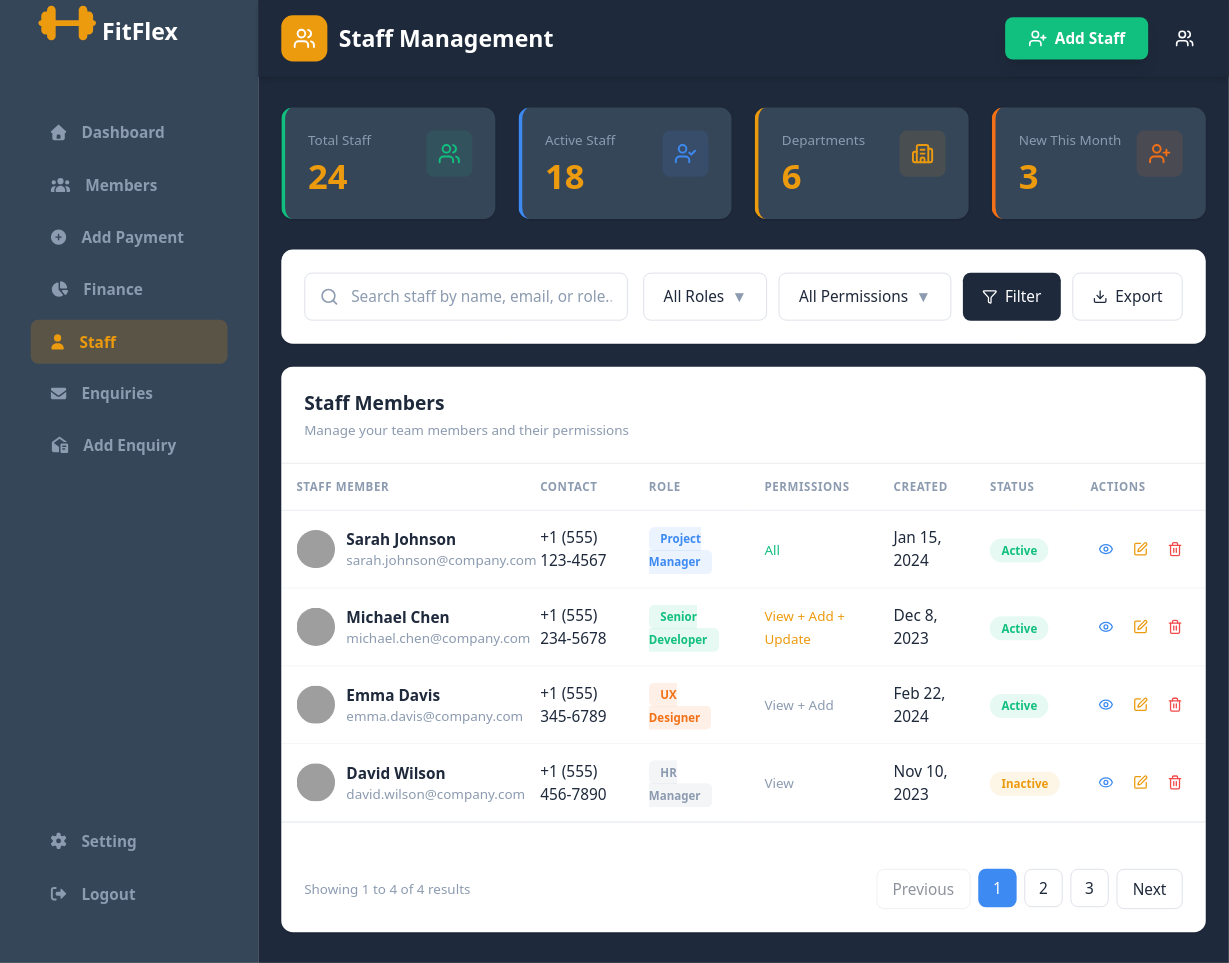
Repository: MuhammadTalhaTaj/gym_management_app_backend
Page: /staff (app in frontend/)
An editor plug-in stored every save of this project. The page is shown before and after the next save, followed by the edit.
The browser window is 1280 px wide. The pictures show the whole page, at 96% of full size.
Pictures or frames that could not be fetched are drawn as grey boxes. The project was rebuilt for these pictures with package versions that can differ from the ones it lists, and the page was loaded fresh each time. Also part of the build but not shown: frontend/vite.config.ts, frontend/src/assets/styles/AdminHeader.css, frontend/src/Components/AdminHeader.tsx, frontend/src/assets/styles/AdminDashboard.css, frontend/src/hooks/useDashboardData.ts, frontend/src/assets/styles/AdminDashboardStats.css, frontend/src/Components/AdminDashboardStats.tsx, frontend/src/Components/IncomeExpenseChart.tsx and 30 more.

Above is the page before, as saved 2025-11-21 09:57:54.

### frontend/index.html
<!doctype html>
<html lang="en">

<head>
  <meta charset="UTF-8" />
  <link rel="icon" type="image/svg+xml" href="/vite.svg" />
  <meta name="viewport" content="width=device-width, initial-scale=1.0" />
  <title>GymManagement</title>
  <link rel="preconnect" href="https://fonts.googleapis.com" />
  <link rel="preconnect" href="https://fonts.gstatic.com" crossorigin />
  <link rel="stylesheet" href="https://fonts.googleapis.com/css2?family=Roboto:wght@300;400;500;700&display=swap" />

</head>

<body>
  <div id="root"></div>
  <script type="module" src="/src/main.tsx"></script>
</body>

</html>

### frontend/src/index.css
@import "tailwindcss";
:root{
  padding: 0;
  margin: 0;
  box-sizing: border-box;
  --primary-100:#364659;
  --primary-200:#1E293B;
  --primary-300:#8C9BB0;
  --secondary-100: #EC9A0E;
  --secondary-200:#595446;
  --tertiary-100: #F24949;
  --tertiary-100-30: #584252;
  --tertiary-200: #F47117;
  --tertiary-200-30: #5A4B48;
  --tertiary-300: #11BF7F;
  --tertiary-300-30: #2B595E;
  --tertiary-400: #3D8BF2;
  --tertiary-400-30: #344E75;
  --tertiary-500: #94A3B8;
  --tertiary-600: #1E293B;
}
body{
  padding: 0;
  margin: 0;
}
.adminMain{
  display: flex;
  margin: 0;
  justify-content: space-between;
  padding: 0;
  /* border: 2px solid blue; */
}
@media all and (max-width:700px) {
  .adminMain{
    flex-direction: column;
  }
}

### frontend/src/Components/ProtectedRoute.tsx
import React, { useEffect, useState } from "react";
// import { Navigate } from "react-router-dom";
import { apiRequest } from "../config/api";

type Props = {
  children: React.ReactNode;
};

const getStoredToken = (): string | null => {
  return localStorage.getItem("accessToken") || sessionStorage.getItem("accessToken");
};

export default function ProtectedRoute({ children }: Props) {
  const [status, setStatus] = useState<"pending" | "ok" | "unauth">("pending");

  useEffect(() => {
    let mounted = true;

    const token = getStoredToken();
    if (!token) {
      // no token -> immediately unauth
      if (mounted) setStatus("unauth");
      return;
    }

    const validate = async () => {
      try {
        // call backend authenticate endpoint
        const res = await apiRequest<{ success?: boolean; message?: string; userId?: string }>({
          method: "GET",
          endpoint: "/auth/authenticate"
        });

        // backend returns success:true on valid token
        if (mounted && res && (res as any).success === true) {
          setStatus("ok");
        } else {
          // treat missing success flag as unauth
          if (mounted) setStatus("unauth");
        }
      } catch (err) {
        // any error -> unauth
        if (mounted) setStatus("unauth");
      }
    };

    validate();

    return () => { mounted = false; };
  }, []);

  if (status === "pending") {
    // while checking, render nothing (keep UI/layout unchanged)
    return null;
  }

  if (status === "unauth") {
    // clear tokens to ensure clean state, then redirect
    try {
      localStorage.removeItem("accessToken");
      sessionStorage.removeItem("accessToken");
    } catch (e) {
      // ignore
    }
    // return <Navigate to="/login" replace />;
  }

  // auth ok
  return <>{children}</>;
}

### frontend/src/context/AuthContext.tsx
// src/context/AuthContext.tsx (example)
import React, { createContext, useEffect } from "react";
import { onAuthFailure,
  // setAccessToken as storeAccessToken,
   clearTokens } from "../config/auth";
import { useNavigate } from "react-router-dom";

export const AuthContext = createContext<any>(null);

export const AuthProvider: React.FC<{children:any}> = ({ children }) => {
  const navigate = useNavigate();

  useEffect(() => {
    onAuthFailure(() => {
      // clear local tokens and redirect to login
      clearTokens();
      navigate("/login");
    });
  }, [navigate]);

  return <AuthContext.Provider value={{}}>{children}</AuthContext.Provider>;
};

### frontend/src/pages/Admin/Staff.tsx
import React, { useState } from 'react';
import { Search, Download, Filter, Eye, Edit, Trash2, UserPlus, Users, UserCheck, Building2 } from 'lucide-react';

// Mock data file simulation
const staffData = [
  {
    id: 1,
    name: 'Sarah Johnson',
    email: 'sarah.johnson@company.com',
    phone: '+1 (555) 123-4567',
    role: 'Project Manager',
    permissions: 'All',
    created: 'Jan 15, 2024',
    status: 'Active',
    avatar: 'https://i.pravatar.cc/150?img=1'
  },
  {
    id: 2,
    name: 'Michael Chen',
    email: 'michael.chen@company.com',
    phone: '+1 (555) 234-5678',
    role: 'Senior Developer',
    permissions: 'View + Add + Update',
    created: 'Dec 8, 2023',
    status: 'Active',
    avatar: 'https://i.pravatar.cc/150?img=2'
  },
  {
    id: 3,
    name: 'Emma Davis',
    email: 'emma.davis@company.com',
    phone: '+1 (555) 345-6789',
    role: 'UX Designer',
    permissions: 'View + Add',
    created: 'Feb 22, 2024',
    status: 'Active',
    avatar: 'https://i.pravatar.cc/150?img=3'
  },
  {
    id: 4,
    name: 'David Wilson',
    email: 'david.wilson@company.com',
    phone: '+1 (555) 456-7890',
    role: 'HR Manager',
    permissions: 'View',
    created: 'Nov 10, 2023',
    status: 'Inactive',
    avatar: 'https://i.pravatar.cc/150?img=4'
  }
];

const statsData = [
  { label: 'Total Staff', value: 24, icon: Users, color: 'bg-[#11BF7F]/10', iconColor: 'text-[#11BF7F]', borderColor: 'border-l-[#11BF7F]' },
  { label: 'Active Staff', value: 18, icon: UserCheck, color: 'bg-[#3D8BF2]/10', iconColor: 'text-[#3D8BF2]', borderColor: 'border-l-[#3D8BF2]' },
  { label: 'Departments', value: 6, icon: Building2, color: 'bg-[#EC9A0E]/10', iconColor: 'text-[#EC9A0E]', borderColor: 'border-l-[#EC9A0E]' },
  { label: 'New This Month', value: 3, icon: UserPlus, color: 'bg-[#F27117]/10', iconColor: 'text-[#F27117]', borderColor: 'border-l-[#F27117]' }
];

// Components
const StatCard = ({ stat }) => {
  const Icon = stat.icon;
  return (
    <div className={`bg-[var(--primary-100)] rounded-xl p-6 border-l-4 ${stat.borderColor} shadow-sm hover:shadow-md transition-shadow`}>
      <div className="flex items-start justify-between">
        <div>
          <p className="text-[#8C9BB0] text-sm font-medium mb-2">{stat.label}</p>
          <h3 className="text-[var(--secondary-100)] text-4xl font-bold">{stat.value}</h3>
        </div>
        <div className={`${stat.color} ${stat.iconColor} p-3 rounded-lg`}>
          <Icon className="w-6 h-6" />
        </div>
      </div>
    </div>
  );
};

const SearchBar = ({ value, onChange }) => (
  <div className="relative flex-1 max-w-md">
    <Search className="absolute left-4 top-1/2 -translate-y-1/2 w-5 h-5 text-[#8C9BB0]" />
    <input
      type="text"
      value={value}
      onChange={(e) => onChange(e.target.value)}
      placeholder="Search staff by name, email, or role..."
      className="w-full pl-12 pr-4 py-3 rounded-lg border border-[#8C9BB0]/30 focus:outline-none focus:ring-2 focus:ring-[#3D8BF2] focus:border-transparent text-[#1E293B] placeholder:text-[#8C9BB0]"
    />
  </div>
);

const FilterButton = ({ children, onClick }) => (
  <button
    onClick={onClick}
    className="px-5 py-3 rounded-lg border border-[#8C9BB0]/30 text-[#1E293B] font-medium hover:bg-[#F8FAFC] transition-colors flex items-center gap-2"
  >
    {children}
  </button>
);

const ActionButton = ({ icon: Icon, onClick, variant = 'default' }) => {
  const colors = {
    view: 'text-[#3D8BF2] hover:bg-[#3D8BF2]/10',
    edit: 'text-[#EC9A0E] hover:bg-[#EC9A0E]/10',
    delete: 'text-[#F24949] hover:bg-[#F24949]/10'
  };

  return (
    <button
      onClick={onClick}
      className={`p-2 rounded-lg transition-colors ${colors[variant]}`}
    >
      <Icon className="w-4 h-4" />
    </button>
  );
};

const StatusBadge = ({ status }) => {
  const isActive = status === 'Active';
  return (
    <span className={`px-3 py-1 rounded-full text-xs font-semibold ${
      isActive
        ? 'bg-[#11BF7F]/10 text-[#11BF7F]'
        : 'bg-[#EC9A0E]/10 text-[#EC9A0E]'
    }`}>
      {status}
    </span>
  );
};

const RoleBadge = ({ role }) => {
  const colors = {
    'Project Manager': 'bg-[#3D8BF2]/10 text-[#3D8BF2]',
    'Senior Developer': 'bg-[#11BF7F]/10 text-[#11BF7F]',
    'UX Designer': 'bg-[#F27117]/10 text-[#F27117]',
    'HR Manager': 'bg-[#8C9BB0]/10 text-[#8C9BB0]'
  };

  return (
    <span className={`px-3 py-1 rounded-md text-xs font-semibold ${colors[role] || 'bg-gray-100 text-gray-700'}`}>
      {role}
    </span>
  );
};

const PermissionBadge = ({ permissions }) => {
  const getColor = () => {
    if (permissions === 'All') return 'text-[#11BF7F]';
    if (permissions.includes('Update')) return 'text-[#EC9A0E]';
    if (permissions.includes('Add')) return 'text-[#8C9BB0]';
    return 'text-[#8C9BB0]';
  };

  return (
    <span className={`text-sm font-medium ${getColor()}`}>
      {permissions}
    </span>
  );
};

const StaffTable = ({ data, onView, onEdit, onDelete }) => (
  <div className="overflow-x-auto">
    <table className="w-full">
      <thead>
        <tr className="border-b border-[#8C9BB0]/20">
          <th className="text-left py-4 px-4 text-xs font-semibold text-[#8C9BB0] uppercase tracking-wider">Staff Member</th>
          <th className="text-left py-4 px-4 text-xs font-semibold text-[#8C9BB0] uppercase tracking-wider">Contact</th>
          <th className="text-left py-4 px-4 text-xs font-semibold text-[#8C9BB0] uppercase tracking-wider">Role</th>
          <th className="text-left py-4 px-4 text-xs font-semibold text-[#8C9BB0] uppercase tracking-wider">Permissions</th>
          <th className="text-left py-4 px-4 text-xs font-semibold text-[#8C9BB0] uppercase tracking-wider">Created</th>
          <th className="text-left py-4 px-4 text-xs font-semibold text-[#8C9BB0] uppercase tracking-wider">Status</th>
          <th className="text-left py-4 px-4 text-xs font-semibold text-[#8C9BB0] uppercase tracking-wider">Actions</th>
        </tr>
      </thead>
      <tbody>
        {data.map((staff) => (
          <tr key={staff.id} className="border-b border-[#8C9BB0]/10 hover:bg-[#F8FAFC] transition-colors">
            <td className="py-4 px-4">
              <div className="flex items-center gap-3">
                <img src={staff.avatar} alt={staff.name} className="w-10 h-10 rounded-full object-cover" />
                <div>
                  <p className="font-semibold text-[#1E293B]">{staff.name}</p>
                  <p className="text-sm text-[#8C9BB0]">{staff.email}</p>
                </div>
              </div>
            </td>
            <td className="py-4 px-4 text-[#1E293B]">{staff.phone}</td>
            <td className="py-4 px-4">
              <RoleBadge role={staff.role} />
            </td>
            <td className="py-4 px-4">
              <PermissionBadge permissions={staff.permissions} />
            </td>
            <td className="py-4 px-4 text-[#1E293B]">{staff.created}</td>
            <td className="py-4 px-4">
              <StatusBadge status={staff.status} />
            </td>
            <td className="py-4 px-4">
              <div className="flex items-center gap-1">
                <ActionButton icon={Eye} onClick={() => onView(staff.id)} variant="view" />
                <ActionButton icon={Edit} onClick={() => onEdit(staff.id)} variant="edit" />
                <ActionButton icon={Trash2} onClick={() => onDelete(staff.id)} variant="delete" />
              </div>
            </td>
          </tr>
        ))}
      </tbody>
    </table>
  </div>
);

const Pagination = ({ currentPage, totalPages, onPageChange }) => (
  <div className="flex items-center justify-between mt-6">
    <p className="text-sm text-[#8C9BB0]">
      Showing 1 to 4 of {staffData.length} results
    </p>
    <div className="flex gap-2">
      <button
        onClick={() => onPageChange(currentPage - 1)}
        disabled={currentPage === 1}
        className="px-4 py-2 rounded-lg border border-[#8C9BB0]/30 text-[#1E293B] font-medium hover:bg-[#F8FAFC] disabled:opacity-50 disabled:cursor-not-allowed transition-colors"
      >
        Previous
      </button>
      {[...Array(totalPages)].map((_, i) => (
        <button
          key={i + 1}
          onClick={() => onPageChange(i + 1)}
          className={`w-10 h-10 rounded-lg font-medium transition-colors ${
            currentPage === i + 1
              ? 'bg-[#3D8BF2] text-white'
              : 'border border-[#8C9BB0]/30 text-[#1E293B] hover:bg-[#F8FAFC]'
          }`}
        >
          {i + 1}
        </button>
      ))}
      <button
        onClick={() => onPageChange(currentPage + 1)}
        disabled={currentPage === totalPages}
        className="px-4 py-2 rounded-lg border border-[#8C9BB0]/30 text-[#1E293B] font-medium hover:bg-[#F8FAFC] disabled:opacity-50 disabled:cursor-not-allowed transition-colors"
      >
        Next
      </button>
    </div>
  </div>
);

// Main Component
const Staff = () => {
  const [searchTerm, setSearchTerm] = useState('');
  const [currentPage, setCurrentPage] = useState(1);
  const [selectedRole, setSelectedRole] = useState('All Roles');
  const [selectedPermission, setSelectedPermission] = useState('All Permissions');

  const filteredData = staffData.filter(staff =>
    staff.name.toLowerCase().includes(searchTerm.toLowerCase()) ||
    staff.email.toLowerCase().includes(searchTerm.toLowerCase()) ||
    staff.role.toLowerCase().includes(searchTerm.toLowerCase())
  );

  const handleView = (id) => console.log('View staff:', id);
  const handleEdit = (id) => console.log('Edit staff:', id);
  const handleDelete = (id) => console.log('Delete staff:', id);

  return (
    <div className="min-h-screen bg-[var(--primary-200)]">
      {/* Header */}
      <header className="bg-[var(--primary-200)] shadow-md">
        <div className="max-w-[1600px] mx-auto px-6 py-4 flex items-center justify-between">
          <div className="flex items-center gap-3">
            <div className="bg-[var(--secondary-100)] p-3 rounded-xl">
              <Users className="w-6 h-6 text-white" />
            </div>
            <h1 className="text-white text-2xl font-bold">Staff Management</h1>
          </div>
          <div className="flex items-center gap-4">
            <button className="bg-[#11BF7F] hover:bg-[#11BF7F]/90 text-white px-6 py-2.5 rounded-lg font-semibold flex items-center gap-2 transition-colors shadow-lg">
              <UserPlus className="w-5 h-5" />
              Add Staff
            </button>
            <button className="bg-[#1E293B] hover:bg-[#1E293B]/90 text-white w-11 h-11 rounded-lg flex items-center justify-center transition-colors">
              <Users className="w-5 h-5" />
            </button>
          </div>
        </div>
      </header>

      {/* Main Content */}
      <main className="max-w-[1600px] mx-auto px-6 py-8">
        {/* Stats Grid */}
        <div className="grid grid-cols-1 md:grid-cols-2 lg:grid-cols-4 gap-6 mb-8">
          {statsData.map((stat, index) => (
            <StatCard key={index} stat={stat} />
          ))}
        </div>

        {/* Filters Section */}
        <div className="bg-white rounded-xl shadow-sm p-6 mb-6">
          <div className="flex flex-col lg:flex-row gap-4 items-start lg:items-center">
            <SearchBar value={searchTerm} onChange={setSearchTerm} />
            <div className="flex flex-wrap gap-3">
              <FilterButton>
                {selectedRole}
                <span className="text-[#8C9BB0]">▼</span>
              </FilterButton>
              <FilterButton>
                {selectedPermission}
                <span className="text-[#8C9BB0]">▼</span>
              </FilterButton>
              <button className="px-5 py-3 rounded-lg bg-[#1E293B] text-white font-medium hover:bg-[#1E293B]/90 transition-colors flex items-center gap-2">
                <Filter className="w-4 h-4" />
                Filter
              </button>
              <button className="px-5 py-3 rounded-lg border border-[#8C9BB0]/30 text-[#1E293B] font-medium hover:bg-[#F8FAFC] transition-colors flex items-center gap-2">
                <Download className="w-4 h-4" />
                Export
              </button>
            </div>
          </div>
        </div>

        {/* Staff Table */}
        <div className="bg-white rounded-xl shadow-sm overflow-hidden">
          <div className="p-6 border-b border-[#8C9BB0]/20">
            <h2 className="text-xl font-bold text-[#1E293B]">Staff Members</h2>
            <p className="text-[#8C9BB0] text-sm mt-1">Manage your team members and their permissions</p>
          </div>

          <StaffTable
            data={filteredData}
            onView={handleView}
            onEdit={handleEdit}
            onDelete={handleDelete}
          />

          <div className="p-6 border-t border-[#8C9BB0]/20">
            <Pagination
              currentPage={currentPage}
              totalPages={3}
              onPageChange={setCurrentPage}
            />
          </div>
        </div>
      </main>
    </div>
  );
};

export default Staff;

### frontend/src/config/auth.ts
// src/config/auth.ts
const ACCESS_TOKEN_KEY = "accessToken";

/**
 * Read access token (prefers localStorage, fallbacks to sessionStorage)
 */
export function readAccessToken(): string | null {
  return localStorage.getItem(ACCESS_TOKEN_KEY) || sessionStorage.getItem(ACCESS_TOKEN_KEY);
}

/**
 * Store access token.
 * If `persist` true -> save to localStorage, otherwise sessionStorage.
 */
export function setAccessToken(token: string | null, persist = true) {
  if (!token) {
    localStorage.removeItem(ACCESS_TOKEN_KEY);
    sessionStorage.removeItem(ACCESS_TOKEN_KEY);
    return;
  }
  if (persist) {
    localStorage.setItem(ACCESS_TOKEN_KEY, token);
    sessionStorage.removeItem(ACCESS_TOKEN_KEY);
  } else {
    sessionStorage.setItem(ACCESS_TOKEN_KEY, token);
    localStorage.removeItem(ACCESS_TOKEN_KEY);
  }
}

/**
 * Clear tokens
 */
export function clearTokens() {
  localStorage.removeItem(ACCESS_TOKEN_KEY);
  sessionStorage.removeItem(ACCESS_TOKEN_KEY);
}

/**
 * Call refresh endpoint to obtain a fresh access token.
 * Note: This request includes credentials because your backend may store refresh token in an httpOnly cookie.
 */
let AUTH_BASE_URL = (import.meta.env.VITE_API_URL || "http://localhost:4000").replace(/\/$/, "");

export async function refreshAccessToken(): Promise<string> {
  const url = `${AUTH_BASE_URL}/auth/refreshToken`;

  const res = await fetch(url, {
    method: "POST",
    // include cookies to allow the server to find httpOnly refresh cookie
    credentials: "include",
    headers: {
      "Content-Type": "application/json"
    },
    // no body needed because your server reads cookie/header
  });

  // If server returns non-JSON or non-ok, try to parse but handle gracefully
  let data: any = {};
  try {
    data = await res.json();
  } catch (e) {
    // ignore parse error
  }

  if (!res.ok) {
    // throw useful error with body message if present
    const message = data?.message || `Failed to refresh access token (status ${res.status})`;
    throw new Error(message);
  }

  if (!data?.accessToken) {
    throw new Error("Refresh succeeded but no accessToken returned");
  }

  // store returned token (persist behavior up to you; default persist)
  setAccessToken(data.accessToken, true);
  return data.accessToken;
}

/**
 * App-level callback when refresh fails (e.g., redirect to /login)
 */
let authFailureHandler: (() => void) | null = null;
export function onAuthFailure(handler: () => void) {
  authFailureHandler = handler;
}
export function callAuthFailureHandler() {
  if (typeof authFailureHandler === "function") authFailureHandler();
}

Loaded but not shown: frontend/src/main.tsx (common file); frontend/src/Components/AdminSidebar.tsx (181 lines, source omitted); frontend/src/config/api.ts (123 lines, source omitted); frontend/src/App.tsx (71 lines, source omitted); frontend/src/assets/styles/AdminSidebar.css (138 lines, source omitted); frontend/src/pages/Admin/AddStaff.tsx (no stored copy; drawn as an empty file)

After the next save:
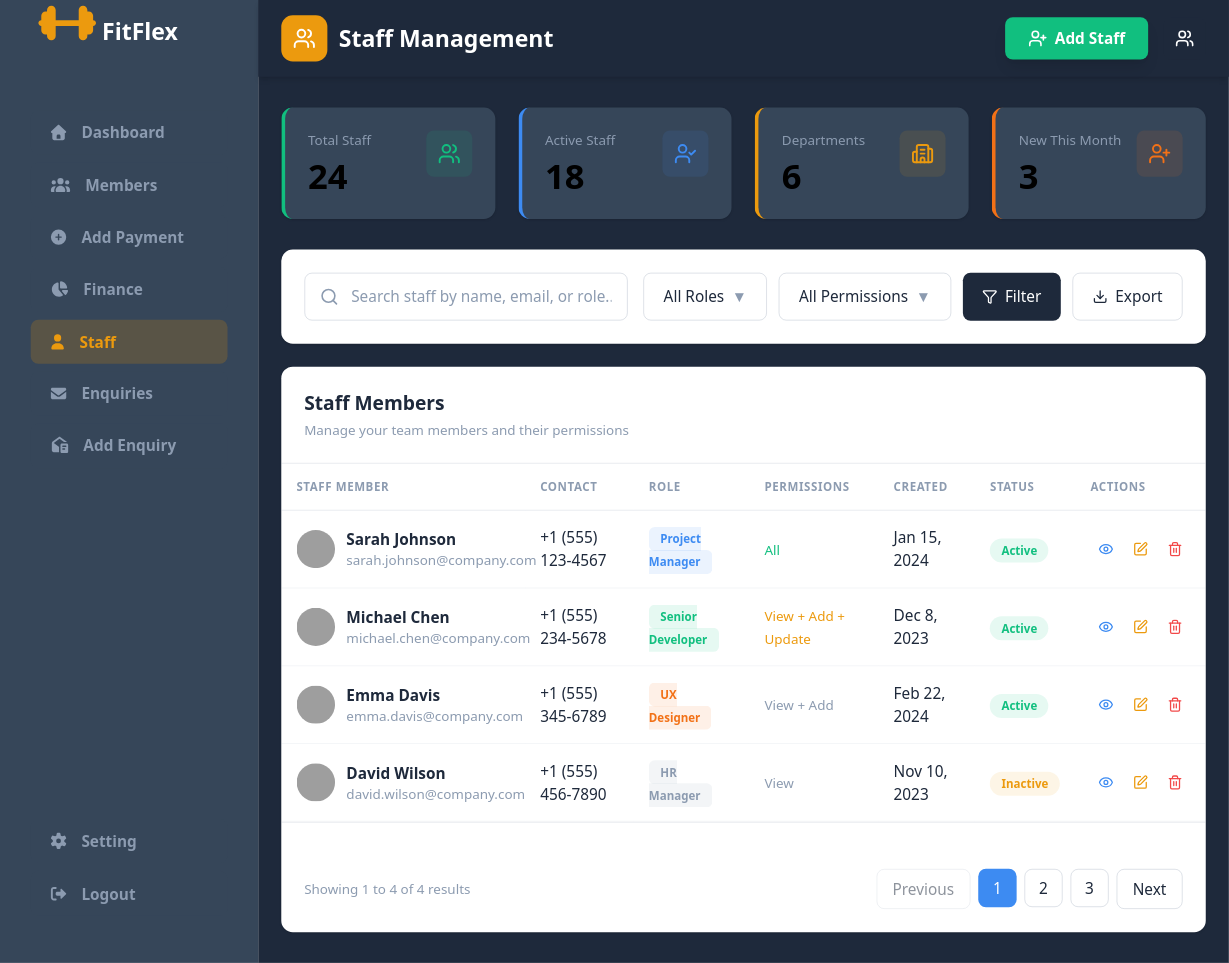
Saved 8 s later.
--- a/frontend/src/pages/Admin/Staff.tsx
+++ b/frontend/src/pages/Admin/Staff.tsx
@@ -64,7 +64,7 @@ const StatCard = ({ stat }) => {
       <div className="flex items-start justify-between">
         <div>
           <p className="text-[#8C9BB0] text-sm font-medium mb-2">{stat.label}</p>
-          <h3 className="text-[var(--secondary-100)] text-4xl font-bold">{stat.value}</h3>
+          <h3 className="text-[var(--pprimary-100)] text-4xl font-bold">{stat.value}</h3>
         </div>
         <div className={`${stat.color} ${stat.iconColor} p-3 rounded-lg`}>
           <Icon className="w-6 h-6" />
